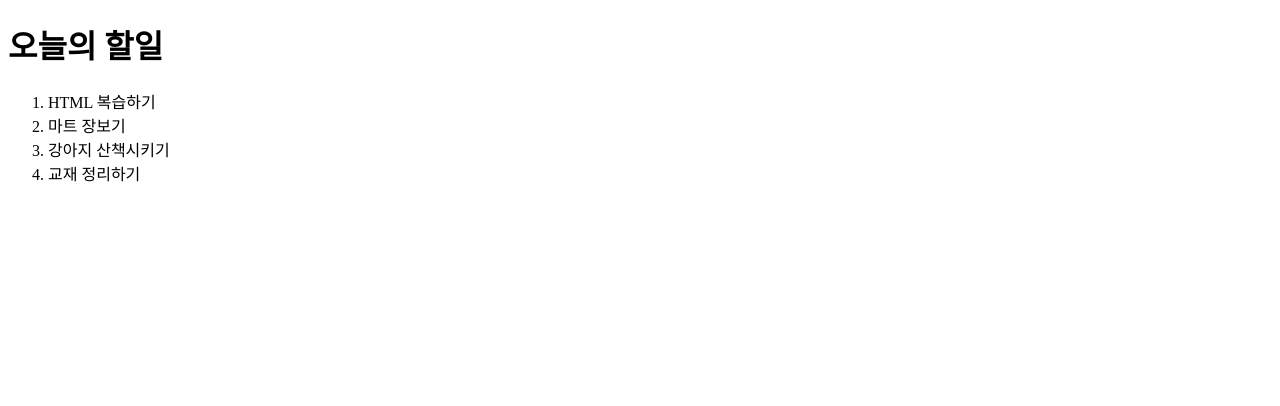
Repository: Chun0903/classStudy_github.io
Page: client/ClientTest/WebContent/ex10_list.html
The author's editor kept a copy of each file at every save. The page is drawn from the files as they stood at one save, then again after the next save.
The browser window is 1280 px wide. The pictures show the whole page.

Above is the page before, as saved 2020-06-19 01:21:39.

After the next save:
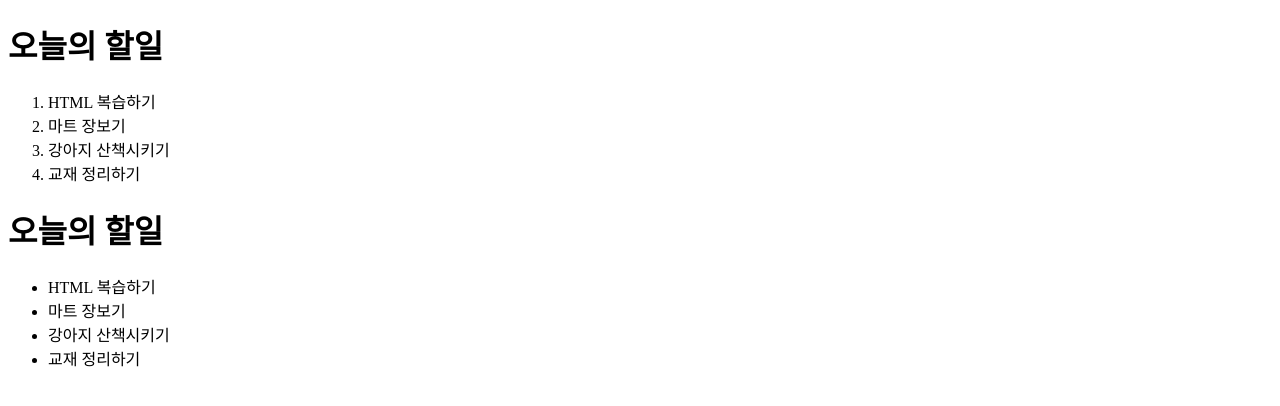
Saved 12 s later.
--- a/client/ClientTest/WebContent/ex10_list.html
+++ b/client/ClientTest/WebContent/ex10_list.html
@@ -32,6 +32,15 @@
 		<li>교재 정리하기</li>
 	</ol>
 
+		<h1>오늘의 할일</h1>
+
+	<ul>
+		<li>HTML 복습하기</li>
+		<li>마트 장보기</li>
+		<li>강아지 산책시키기</li>
+		<li>교재 정리하기</li>
+	</ul>
+
 
 
 
